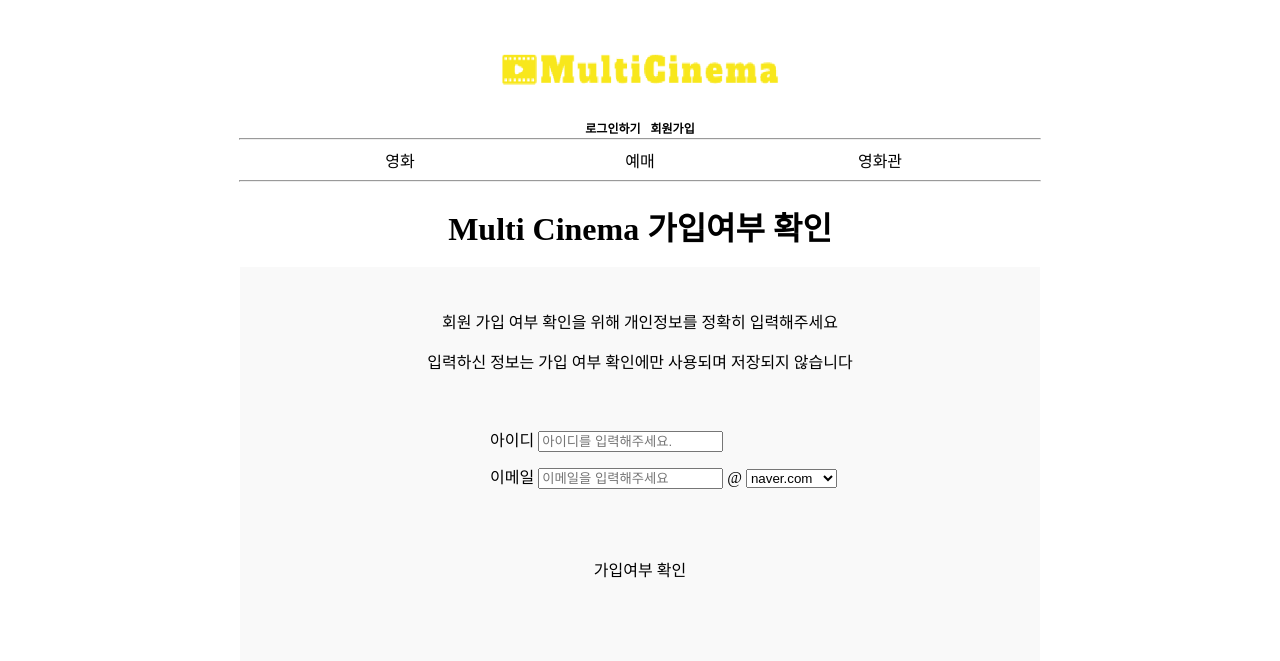
Repository: 23-MultiCampus-17-MiniProject/FrontEnd
Page: http://localhost/com.mc.multicinema/WEB-INF/views/member_check.jsp
The author's editor kept a copy of each file at every save. The page is drawn from the files as they stood at one save, then again after the next save.
The browser window is 1280 px wide. The pictures show the whole page.
The page is served by Tomcat 9. Nobody is signed in. The template is opened directly, without the code that normally fills it, so the values that code supplies are empty.

Above is the page before, as saved 2023-12-07 02:21:54.
Not found: com.mc.multicinema/com.mc.multicinema/WEB-INF/views/resources/js/join_confirm.js

After the next save:
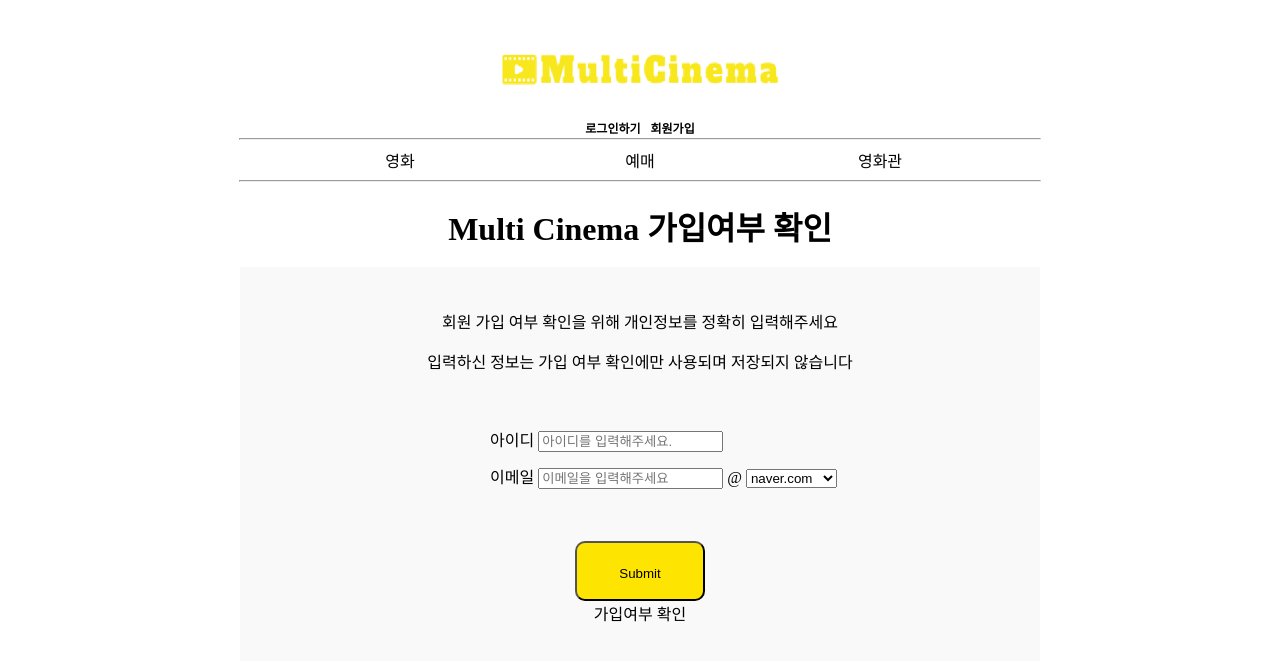
Saved 3 min 41 s later.
--- a/com.mc.multicinema/src/main/webapp/WEB-INF/views/member_check.jsp
+++ b/com.mc.multicinema/src/main/webapp/WEB-INF/views/member_check.jsp
@@ -64,7 +64,7 @@
 				</div>
 
 				<div id="btn_confirm_wrap">
-					<a href="member_join.html" id="btn_confirm"><div>가입여부 확인</div></a>
+					<input type="submit" id="btn_confirm"><div>가입여부 확인</div></a>
 				</div>
 			</div>
 		</div>
